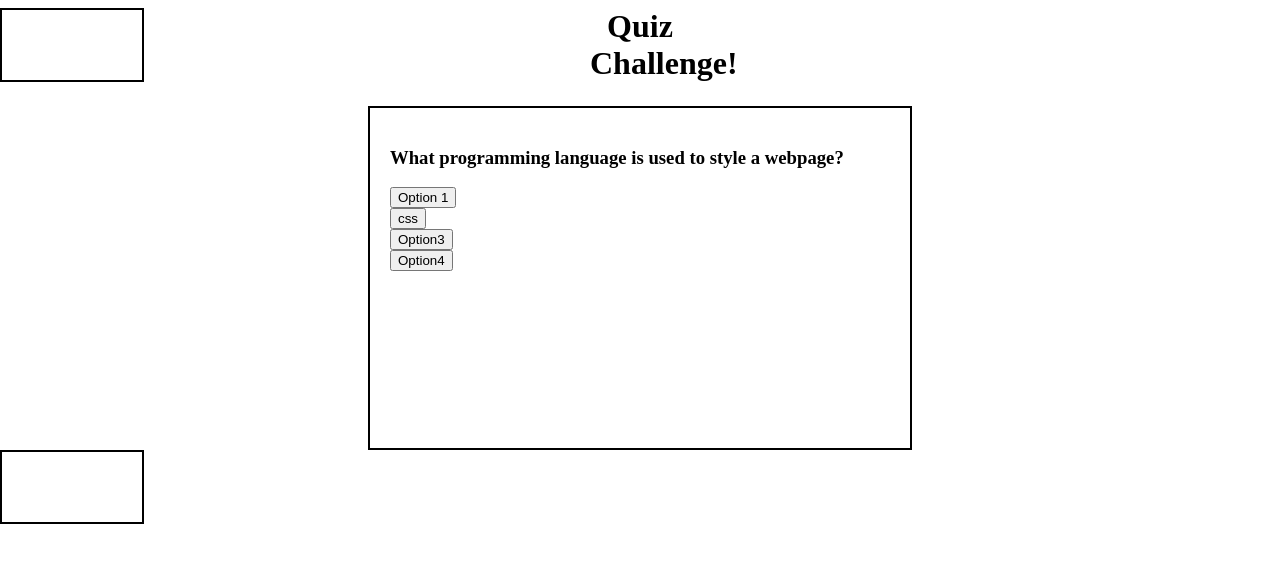
Repository: s88leigh/Quiz-Challenge
Page: index.html
These files come from the project's save history. The page is drawn as it stood at one moment and after the next save; the edit follows.
The browser window is 1280 px wide. The pictures show the whole page.

Above is the page before, as saved 2019-10-19 17:58:04.

After the next save:
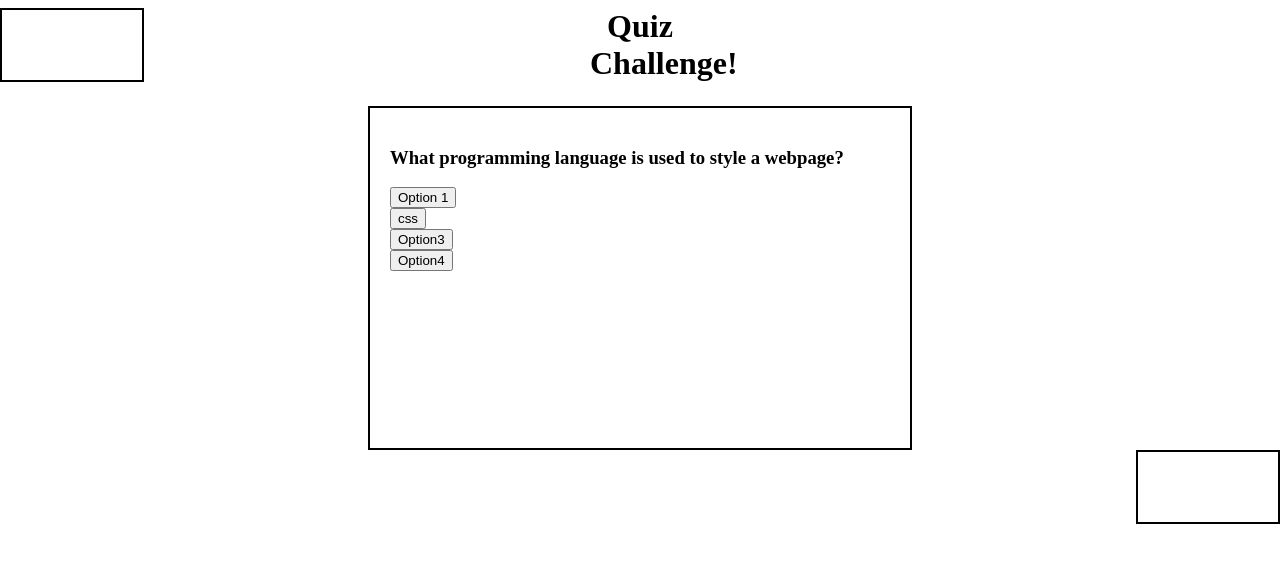
Saved 17 s later.
--- a/style.css
+++ b/style.css
@@ -31,7 +31,7 @@
   padding: 20px;
   margin: auto;
   position: absolute;
-    left: 0;
+    right: 0;
   border: 2px solid black;
 
 }
